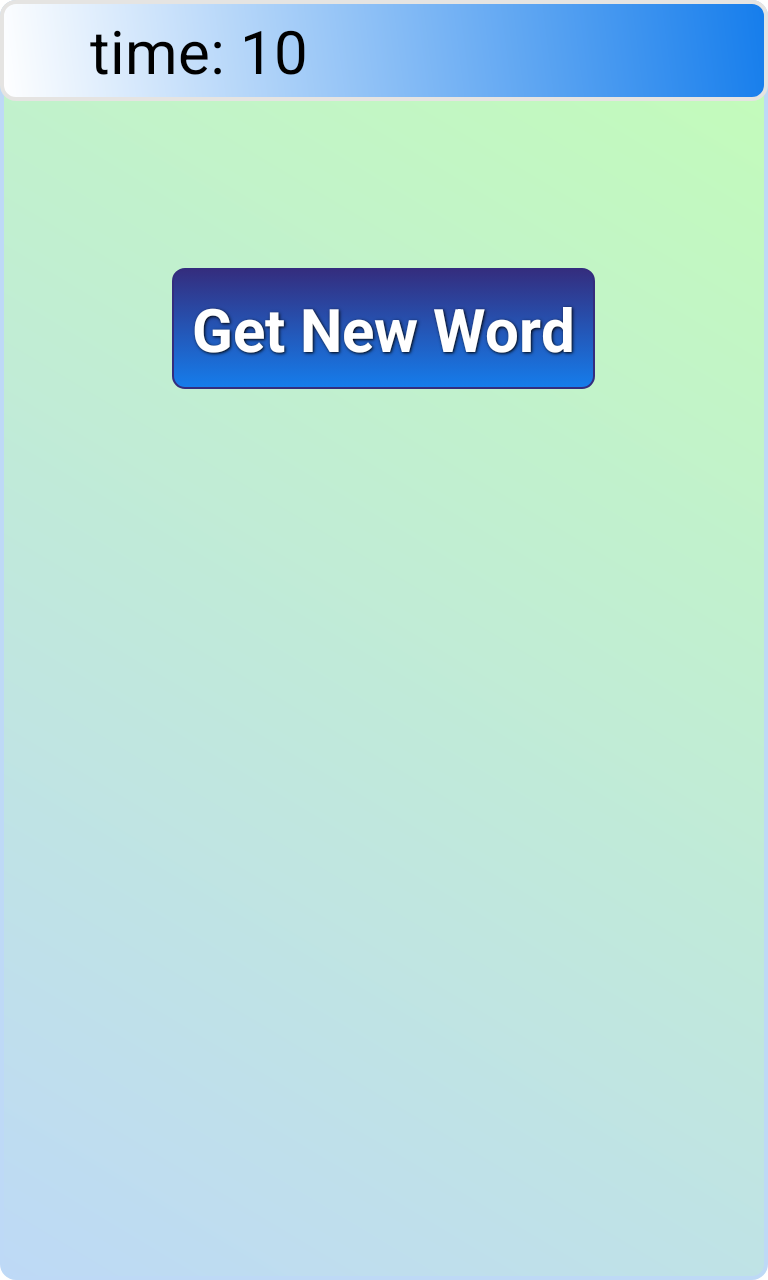
Repository: tvergilio/android
Layout: GoogleItDb/res/layout/activity_main.xml
These files come from the project's save history. The layout is drawn as it stood at one moment and after the next save; the edit follows.
It is drawn on a 768 x 1280 px phone screen (xhdpi) without system bars, with theme AppTheme; the app's code is not run. Lists and similar views that code fills are empty.

Above is the layout before, as saved 2014-02-15 23:43:36.

After the next save:
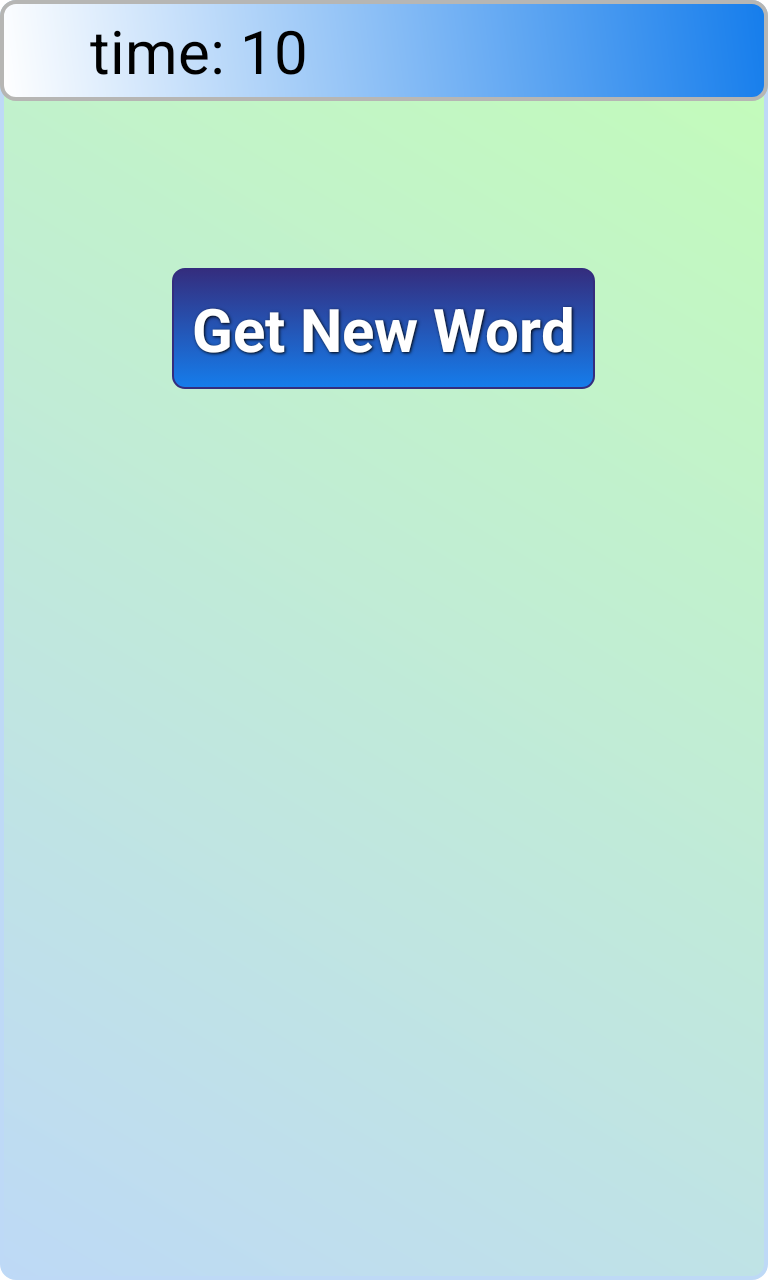
Saved 88 s later.
--- a/GoogleItDb/res/values/colors.xml
+++ b/GoogleItDb/res/values/colors.xml
@@ -8,6 +8,7 @@
     <color name="blue_whale">#342D7E</color>
     <color name="light_pink">#FFDFFF</color>
     <color name="green">#00FF00</color>
+    <color name="grey_cloud">#B6B6B4</color>
     <color name="green_yellow">#B1FB17</color>
     <color name="red">#FF0000</color>
     <color name="saffron">#FBB917</color>
--- a/GoogleItDb/res/drawable-hdpi/rectangle_blue.xml
+++ b/GoogleItDb/res/drawable-hdpi/rectangle_blue.xml
@@ -1,7 +1,7 @@
 <?xml version="1.0" encoding="utf-8"?>
 <shape xmlns:android="http://schemas.android.com/apk/res/android"
          android:shape="rectangle">
-     <stroke android:width="2dp" android:color="@color/platinum" />
+     <stroke android:width="2dp" android:color="@color/grey_cloud" />
      <gradient android:startColor="@color/blue_dress" android:endColor="@color/white"
             android:angle="225"/>
 
